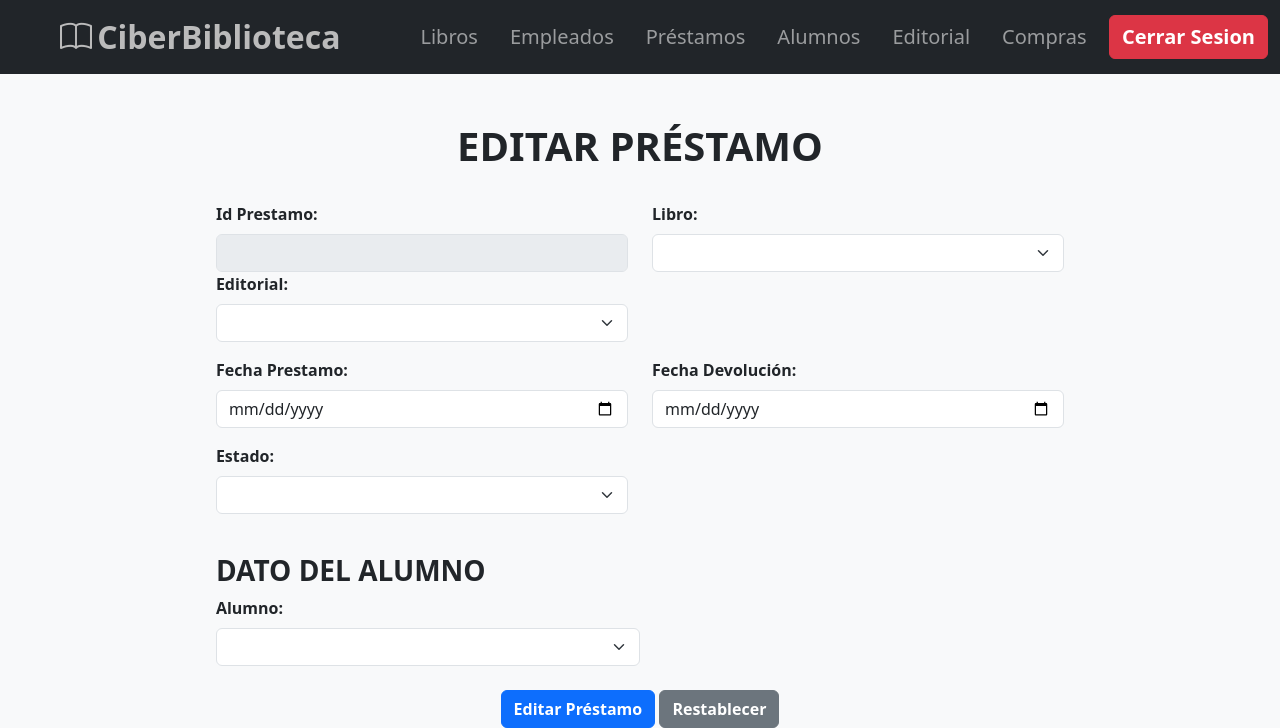
Repository: WilmerOcampo/Biblioteca_Project
Page: http://localhost/Biblioteca_Project/editarPrestamo.jsp
An editor plug-in stored every save of this project. The page is shown before and after the next save, followed by the edit.
The browser window is 1280 px wide. The pictures show the whole page.
The page is served by Tomcat 10. Other server files are loaded and not shown. Queries for data that is not in the repository find no rows.

Above is the page before, as saved 2023-06-28 17:56:37.

### Biblioteca_Project/src/main/webapp/editarPrestamo.jsp
<%@page import="java.sql.ResultSet"%>
<%@page import="java.sql.Statement"%>
<%@page import="util.MySQLConexion"%>
<%@page import="java.sql.Connection"%>
<%@page import="entities.Libro"%>
<%@page import="entities.Editorial"%>
<%@page import="java.util.List"%>
<%@ page language="java" contentType="text/html; charset=UTF-8"
    pageEncoding="ISO-8859-1"%>
<!DOCTYPE html>
<html>
<head>
<meta charset="UTF-8">
<title>Editar Prestamo</title>
	<%@include file="snippet/bootstrap_ini.jsp" %>
</head>
<body>

	<%@ include file="snippet/nav_bar.jsp"%>

    <div class="container">
        <br>
        <h1 class="text-center" style="text-transform: uppercase;"><strong>Editar Préstamo</strong></h1><br>
        <form method="get" action="PrestamoServlet" style="margin: 0 12%">
        	<input type="hidden" name="action" value="actualizar">
			<input type="hidden" name="id" value="${ prestamo.idPrestamo }">
            <div class="row mb-3">
				<div class="col-md-6">
					<label for="id" class="form-label"><b>Id Prestamo:</b></label>
						<input type="text" class="form-control" id="id" name="id" disabled value="${ prestamo.idPrestamo }">
				</div>
                <div class="col-md-6">
                    <label for="idLibro" class="form-label"><b>Libro:</b></label>
				    <select class="form-select" id="idLibro" name="idLibro">
				        <option value="${prestamo.idLibro }" > ${ prestamo.titulo }</option>
				        <% try {
				            Connection connection = MySQLConexion.getConexion();
				            String sql = "SELECT * FROM libro";
				            Statement statement = connection.createStatement();
				            ResultSet resultSet = statement.executeQuery(sql);
				            while (resultSet.next()) { %>
				                <option value="<%= resultSet.getString("idLibro") %>"><%= resultSet.getString("titulo") %></option>
				            <% }
				        } catch (Exception e) {
				            e.printStackTrace();
				        } %>
				    </select>
                </div>

                <div class="col-md-6">
                    <label for="idEditorial" class="form-label"><b>Editorial:</b></label>
				    <select class="form-select" id="idEditorial" name="idEditorial">
				        <option value="${prestamo.idEditorial }" > ${ prestamo.editorial }</option>
				        <% try {
				            Connection connection = MySQLConexion.getConexion();
				            String sql = "SELECT * FROM editorial";
				            Statement statement = connection.createStatement();
				            ResultSet resultSet = statement.executeQuery(sql);
				            while (resultSet.next()) { %>
				                <option value="<%= resultSet.getString("idEditorial") %>"><%= resultSet.getString("nombre") %></option>
				            <% }
				        } catch (Exception e) {
				            e.printStackTrace();
				        } %>
				    </select>
                </div>

            </div>
            <div class="row mb-3">
            	<div class="col-md-6">
                    <label for="fecpre" class="form-label"><b>Fecha Prestamo:</b></label>
                    <input type="date" class="form-control" id="fecpre" name="fecpre" value="${ prestamo.fecPrestamo }">
                </div>
                <div class="col-md-6">
                    <label for="fecdev" class="form-label"><b>Fecha Devolución:</b></label>
                    <input type="date" class="form-control" id="fecdev" name="fecdev" value="${ prestamo.fecDevolucion }">
                </div>
            </div>
            <div class="row mb-3">
                <div class="col-md-6">
                    <label for="estado" class="form-label"><b>Estado:</b></label>
                    <select class="form-select" id="estado" name="estado">
                    <option value="${ prestamo.estado }" selected > ${ prestamo.estado }</option>
                        <option value="Prestado" id="Prestado" name="Prestado" >Prestado</option>
                        <option value="Devuelto" id="Devuelto" name="Devuelto">Devuelto</option>
                    </select>
                </div>
            </div>
            <br><h3 style="font-weight: 700; text-transform: uppercase;">Dato del Alumno</h3>
                <div class="col-md-6">
                    <label for="idAlumno" class="form-label"><b>Alumno:</b></label>
				    <select class="form-select" id="idAlumno" name="idAlumno">
				        <option value="${prestamo.idAlumno }" selected="selected"> ${ prestamo.alumno }</option>
				        <% try {
				            Connection connection = MySQLConexion.getConexion();
				            String sql = "SELECT * FROM alumno";
				            Statement statement = connection.createStatement();
				            ResultSet resultSet = statement.executeQuery(sql);
				            while (resultSet.next()) { %>
				                <option value="<%= resultSet.getString("idAlumno") %>"><%= resultSet.getString("nombre") %></option>
				            <% }
				        } catch (Exception e) {
				            e.printStackTrace();
				        } %>
				    </select>
                </div>
			<div class="row">
				<div class="col-md-12 text-center">
					<br>
					<input type="submit" name="enviar" id="enviar" value="Editar Préstamo" class="btn btn-primary" style="font-weight: 600" onclick="return confirmarEdicion()">
					<input type="reset" name="borrar" id="borrar" value="Restablecer" class="btn btn-secondary" style="font-weight: 600">
				</div>
			</div>
        </form>
    </div>

</body>
<%@include file="snippet/bootstrap_fin.jsp" %>
<script>
	function confirmarEdicion() {
		return confirm("¿Estás seguro de que deseas guardar los cambios?");
	}
</script>
</html>

### Biblioteca_Project/src/main/webapp/snippet/bootstrap_ini.jsp
<%@ page language="java" contentType="text/html; charset=UTF-8"
    pageEncoding="ISO-8859-1"%>
<!DOCTYPE html>
<html>
<head>
<meta charset="UTF-8">
<title>Bootstrap Ini</title>
</head>
<body>
    <link href="https://cdn.jsdelivr.net/npm/bootstrap@5.3.0-alpha3/dist/css/bootstrap.min.css" rel="stylesheet"
          integrity="sha384-KK94CHFLLe+nY2dmCWGMq91rCGa5gtU4mk92HdvYe+M/SXH301p5ILy+dN9+nJOZ" crossorigin="anonymous">
    <link rel="stylesheet" href="https://cdn.jsdelivr.net/npm/bootstrap-icons@1.8.1/font/bootstrap-icons.css">
</body>
</html>

### Biblioteca_Project/src/main/webapp/snippet/nav_bar.jsp
<%@ page language="java" contentType="text/html; charset=UTF-8"
    pageEncoding="ISO-8859-1"%>
<!DOCTYPE html>
<html>
<head>
<meta charset="UTF-8">
    <title>Nav Bar</title>
    <link href="https://cdn.jsdelivr.net/npm/bootstrap@5.3.0-alpha3/dist/css/bootstrap.min.css" rel="stylesheet"
          integrity="sha384-KK94CHFLLe+nY2dmCWGMq91rCGa5gtU4mk92HdvYe+M/SXH301p5ILy+dN9+nJOZ" crossorigin="anonymous">
    <link rel="stylesheet" href="https://cdn.jsdelivr.net/npm/bootstrap-icons@1.8.1/font/bootstrap-icons.css">
</head>
<body class="bg-light">

	<!-- Inicio del menu -->
	<nav class="navbar navbar-expand-md navbar-dark bg-dark">
		<div class="container-fluid">

			<!-- icono o nombre -->
			<a class="navbar-brand" href="#"
				style="padding-left: 3rem; padding-right: 3rem;"> <i
				class="bi bi-book" style="font-size: 2rem; color: #bbb"></i> <span
				style="font-size: 2rem; color: #bbb"><b>CiberBiblioteca</b></span>
			</a>

			<!-- boton del menu -->
			<button class="navbar-toggler" type="button"
				data-bs-toggle="collapse" data-bs-target="#menu"
				aria-controls="navbarSupportedContent" aria-expanded="false"
				aria-label="Toggle navigation">
				<span class="navbar-toggler-icon"></span>
			</button>

			<!-- elementos del menu colapsable -->
			<div class="collapse navbar-collapse" id="menu">
				<ul class="navbar-nav me-auto" style="font-size: 20px">
					<li class="nav-item" style="margin: 0 0.5rem"><a class="nav-link" href="LibroServlet?listaLibros&action=listar">Libros</a></li>
					<li class="nav-item" style="margin: 0 0.5rem"><a class="nav-link" href="EmpleadoServlet?listaEmpleados&action=listar">Empleados</a></li>
					<li class="nav-item" style="margin: 0 0.5rem"><a class="nav-link" href="PrestamoServlet?listaPrestamos&action=listar">Préstamos</a></li>
					<li class="nav-item" style="margin: 0 0.5rem"><a class="nav-link" href="AlumnoServlet?listaAlumnos&action=listar">Alumnos</a></li>
					<li class="nav-item" style="margin: 0 0.5rem"><a class="nav-link" href="EditorialServlet?listaEditoriales&action=listar">Editorial</a></li>
					<li class="nav-item" style="margin: 0 0.5rem"><a class="nav-link" href="CompraLibroServlet?listaCompras&action=listar">Compras</a></li>
				</ul>

				<hr class="d-md-none text-white-50">

				<!--boton Informacion -->
				<form class="d-flex" action="logout.jsp">
					<button class="btn btn-danger d-none d-md-inline-block "
						type="submit" style="font-size: 20px; font-weight: 600">
						<a href="" style="text-decoration: none; color: #fff">Cerrar Sesion</a>
					</button>
				</form>
			</div>
		</div>
	</nav>
	<br>

</body>
<script src="https://cdn.jsdelivr.net/npm/bootstrap@5.3.0-alpha3/dist/js/bootstrap.bundle.min.js"
        integrity="sha384-ENjdO4Dr2bkBIFxQpeoTz1HIcje39Wm4jDKdf19U8gI4ddQ3GYNS7NTKfAdVQSZe"
        crossorigin="anonymous"></script>
</html>

### Biblioteca_Project/src/main/webapp/snippet/bootstrap_fin.jsp
<%@ page language="java" contentType="text/html; charset=UTF-8"
    pageEncoding="ISO-8859-1"%>
<!DOCTYPE html>
<html>
<head>
<meta charset="UTF-8">
<title>Bootstrap Fin</title>
</head>
<body>
<script src="https://cdn.jsdelivr.net/npm/bootstrap@5.3.0-alpha3/dist/js/bootstrap.bundle.min.js"
        integrity="sha384-ENjdO4Dr2bkBIFxQpeoTz1HIcje39Wm4jDKdf19U8gI4ddQ3GYNS7NTKfAdVQSZe"
        crossorigin="anonymous"></script>
</body>
</html>

### Biblioteca_Project/src/main/java/util/MySQLConexion.java
package util;

import java.sql.Connection;
import java.sql.DriverManager;
import java.sql.SQLException;

public class MySQLConexion {

	public static Connection getConexion() {
		Connection con = null;
		try {
			Class.forName("com.mysql.cj.jdbc.Driver");
			String url = "jdbc:mysql://localhost/Biblioteca_Project?useTimezone=true&serverTimezone=UTC";
			String usr = "root";
			String psw = "admin";
			con = DriverManager.getConnection(url, usr, psw);
			System.out.println("Conexión establecida correctamente");
		} catch (ClassNotFoundException ex) {
			System.out.println("No se encontró el controlador JDBC");
		} catch (SQLException ex) {
			System.out.println("Error al conectar con la base de datos");
		}
		return con;
	}

	public static void closeConexion(Connection con) {
		try {
			if (con != null) {
				con.close();
				System.out.println("Conexión cerrada correctamente");
			}
		} catch (SQLException e) {
			System.out.println("Problemas al cerrar la conexión");
		}
	}
}

After the next save:
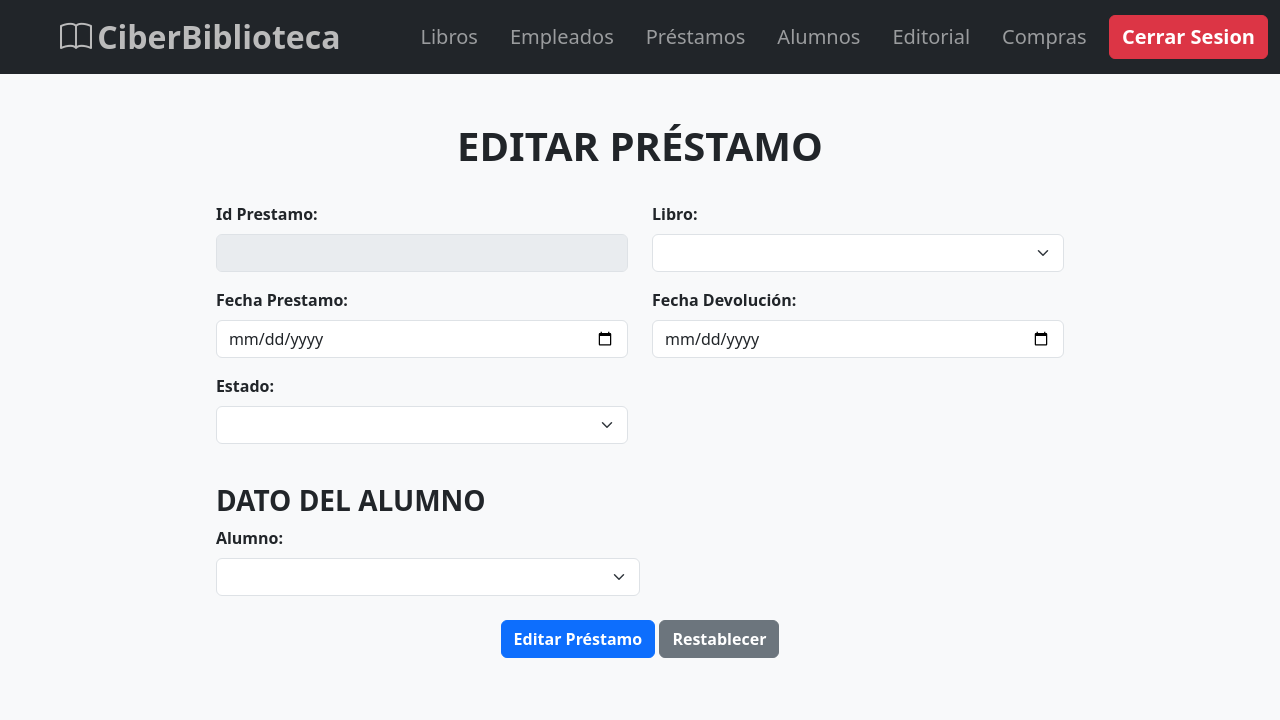
Saved 67 s later.
--- a/Biblioteca_Project/src/main/webapp/editarPrestamo.jsp
+++ b/Biblioteca_Project/src/main/webapp/editarPrestamo.jsp
@@ -40,24 +40,6 @@
 				            ResultSet resultSet = statement.executeQuery(sql);
 				            while (resultSet.next()) { %>
 				                <option value="<%= resultSet.getString("idLibro") %>"><%= resultSet.getString("titulo") %></option>
-				            <% }
-				        } catch (Exception e) {
-				            e.printStackTrace();
-				        } %>
-				    </select>
-                </div>
-
-                <div class="col-md-6">
-                    <label for="idEditorial" class="form-label"><b>Editorial:</b></label>
-				    <select class="form-select" id="idEditorial" name="idEditorial">
-				        <option value="${prestamo.idEditorial }" > ${ prestamo.editorial }</option>
-				        <% try {
-				            Connection connection = MySQLConexion.getConexion();
-				            String sql = "SELECT * FROM editorial";
-				            Statement statement = connection.createStatement();
-				            ResultSet resultSet = statement.executeQuery(sql);
-				            while (resultSet.next()) { %>
-				                <option value="<%= resultSet.getString("idEditorial") %>"><%= resultSet.getString("nombre") %></option>
 				            <% }
 				        } catch (Exception e) {
 				            e.printStackTrace();
